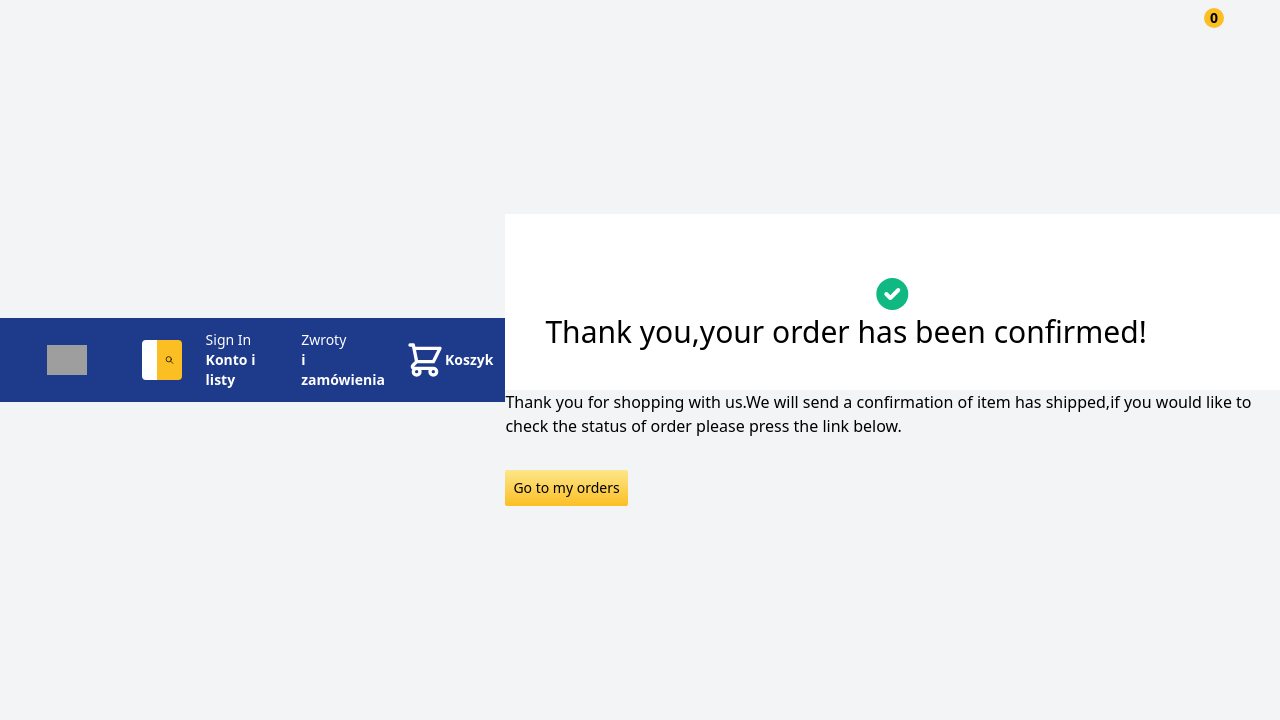
Repository: neridanek/amazon-clone-nextjs-redux-tailwind
Page: /success
These files come from the project's save history. The page is drawn as it stood at one moment and after the next save; the edit follows.
The browser window is 1280 px wide. The pictures show the whole page.
Pictures or frames that could not be fetched are drawn as grey boxes. The page's requests for data from a server got no answer. The project was rebuilt for these pictures with package versions that can differ from the ones it lists, and the page was loaded fresh each time. The framework's server and built-in components were replaced by stand-ins that run in the browser. No one was signed in, and anything a server would have sent is missing. Also part of the build but not shown: next.config.js.

Above is the page before, as saved 2022-02-13 21:34:29.

### pages/success.js
import React from 'react';
import { useRouter } from 'next/router';
import Header from '../src/components/Header';
import { CheckCircleIcon } from '@heroicons/react/solid';
const success = () => {
  const router = useRouter();
  return (
    <div className="bg-gray-100 h-screen flex items-center">
      <Header />
      <main className="max-w-screen-lg mx-auto">
        <div className="flex flex-col p-10 bg-white">
          <div className="flex items-center space-x-2 mb-5"></div>
          <CheckCircleIcon className="text-green-500 h-10" />
          <h1 className="text-3xl">Thank you,your order has been confirmed!</h1>
        </div>
        <p>
          Thank you for shopping with us.We will send a confirmation of item has
          shipped,if you would like to check the status of order please press
          the link below.
        </p>
        <button onClick={() => router.push('/orders')} className="button mt-8">
          Go to my orders
        </button>
      </main>
    </div>
  );
};

export default success;

### styles/globals.css
@tailwind base;
@tailwind components;
@tailwind utilities;

-webkit-scrollbar {
  display: none;
}
@layer components {
  .link {
    @apply cursor-pointer hover:underline;
  }
  .button {
    @apply p-2 text-xs md:text-sm bg-gradient-to-b from-yellow-200 to-yellow-400 border-yellow-300 rounded-sm
    hover:bg-yellow-400 hover:border-yellow-500;
  }
}

### redux/store.js
import {configureStore} from "@reduxjs/toolkit"
import basketReducer from '../redux/basketSlice';

export const store = configureStore({
    reducer:{
        basket:basketReducer,
    }
})

### src/components/Header.js
import React from 'react';
import Image from 'next/image';
import { SearchIcon, ShoppingCartIcon } from '@heroicons/react/outline';
import { signIn, signOut, useSession } from 'next-auth/client';
import { useRouter } from 'next/router';
import { useSelector } from 'react-redux';
import { selectItems } from '../../redux/basketSlice';

const Header = () => {
  const [session] = useSession();
  const router = useRouter();
  const items = useSelector(selectItems);

  return (
    <div className="flex items-center bg-blue-900 py-3 text-white text-sm ">
      <Image
        onClick={() => router.push('/')}
        src="https://links.papareact.com/f90"
        width={155}
        height={35}
        objectFit="contain"
        className="cursor-pointer"
      />
      <div className="flex flex-1 items-center px-10 sm:px-2">
        <input type="text" className="rounded-l h-10 w-full  text-black" />
        <SearchIcon className="text-black bg-yellow-400 rounded-r p-2 h-10" />
      </div>
      <div onClick={!session ? signIn : signOut} className="link px-5 sm:px-4 ">
        <h1>{session ? `Hello,${session.user.name}` : 'Sign In'}</h1>
        <p className="font-bold">Konto i listy</p>
      </div>
      <div onClick={() => router.push('/orders')} className="link px-5 sm:px-2">
        <h1>Zwroty</h1>
        <p className="font-bold">i zamówienia</p>
      </div>
      <div
        onClick={() => router.push('/checkout')}
        className="flex items-center px-5 sm:px-3"
      >
        <span className="absolute top-0 right-14 bg-yellow-400 h-5 w-5 text-center rounded-full text-black font-bold sm:top-2">
          {items.length}
        </span>
        <ShoppingCartIcon className="h-10" />
        <p className="link font-bold">Koszyk</p>
      </div>
    </div>
  );
};

export default Header;

### redux/basketSlice.js
import { createSlice } from '@reduxjs/toolkit'

const initialState = {
    items:[],
}

const basketSlice = createSlice({
    name: "basket",
    initialState,
    reducers: {
        removeFromBasket:(state,action)=>{
            const index = state.items.findIndex((basketItem)=>basketItem.id == action.payload.id)
            let newBasket = [...state.items]
            if (index >= 0 ){
                newBasket.splice(index,1)
            }else{
                console.warn("not in basket")
            }
            state.items = newBasket;
        },
        addToBasket:(state,action)=>{
            state.items = [...state.items,action.payload];
        },
    }
});

export const {addToBasket,removeFromBasket} = basketSlice.actions
export const selectItems = (state) => state.basket.items
export const selectTotal = (state) => state.basket.items.reduce((total,item)=>total + item.price,0)
export default basketSlice.reducer

### tailwind.config.js
module.exports = {
  content: [
    './pages/**/*.{js,ts,jsx,tsx}',
    './src/components/**/*.{js,ts,jsx,tsx}',
  ],
};

Loaded but not shown: pages/_app.js (common file)

After the next save:
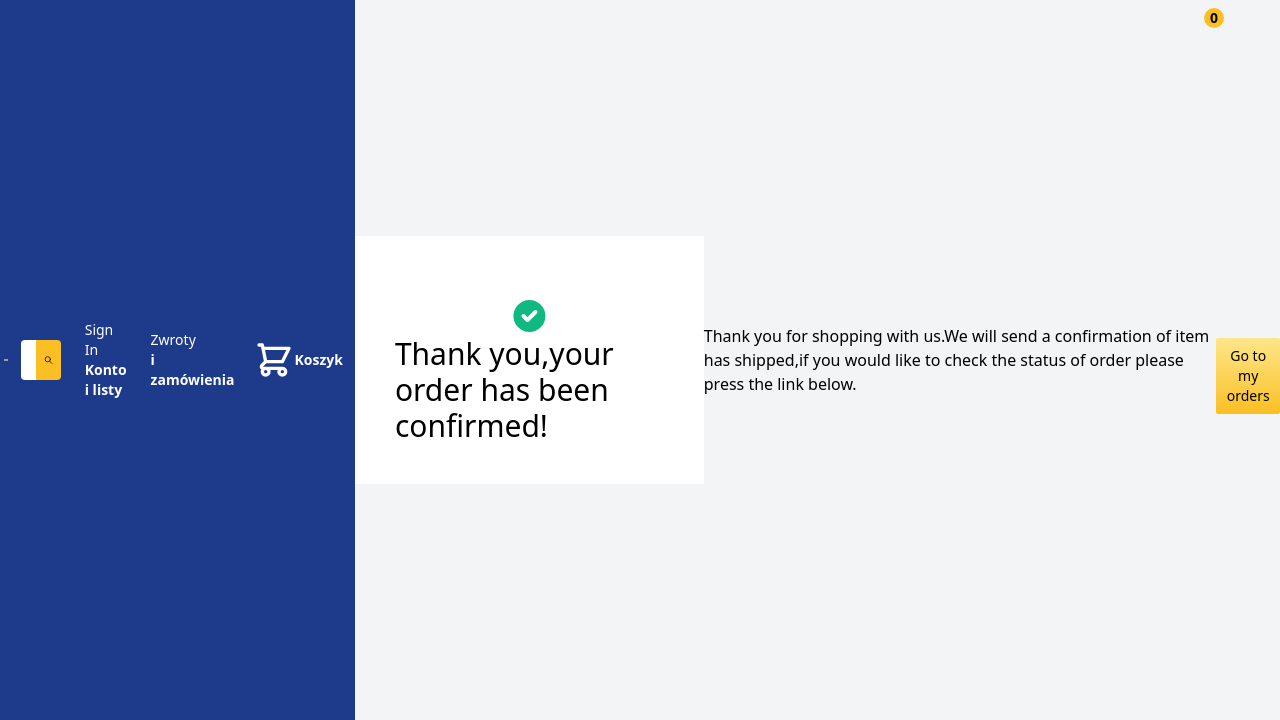
Saved 21 s later.
--- a/pages/success.js
+++ b/pages/success.js
@@ -5,9 +5,9 @@ import { CheckCircleIcon } from '@heroicons/react/solid';
 const success = () => {
   const router = useRouter();
   return (
-    <div className="bg-gray-100 h-screen flex items-center">
+    <div className="bg-gray-100 h-screen flex">
       <Header />
-      <main className="max-w-screen-lg mx-auto">
+      <main className="max-w-screen-lg mx-auto flex items-center">
         <div className="flex flex-col p-10 bg-white">
           <div className="flex items-center space-x-2 mb-5"></div>
           <CheckCircleIcon className="text-green-500 h-10" />
